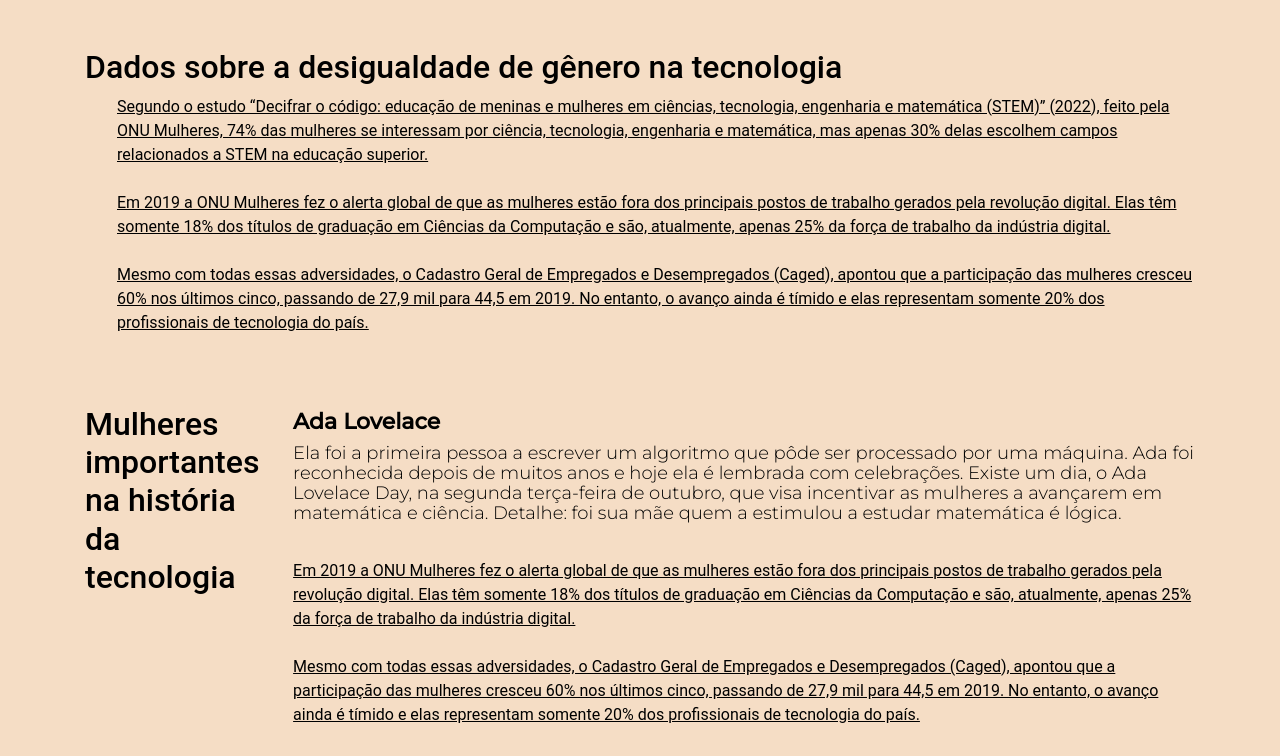
Repository: BellsBarbosa/ODS5_IGUALDADE_DE_GENERO
Page: index.html
The author's editor kept a copy of each file at every save. The page is drawn from the files as they stood at one save, then again after a run of saves.
The browser window is 1280 px wide. The pictures show the part of the page from y = 1260 to 2016 px (the page is 2952 px tall before and 3093 px after).
A picture or video elsewhere on the page could not be fetched, so the positions and the page height are approximate.

Above is the page before, as saved 2023-08-11 15:26:55.

### index.html
<!DOCTYPE html>
<html lang="en">

<head>
    <meta charset="UTF-8">
    <meta name="viewport" content="width=device-width, initial-scale=1.0">
    <meta name="author" content="Isabel Barbosa, Bootstrap contributors">
    <title>ODS 5 - Igualdade de Gênero</title>
    <link href="https://cdn.jsdelivr.net/npm/bootstrap@5.3.0-alpha3/dist/css/bootstrap.min.css" rel="stylesheet"
        integrity="sha384-KK94CHFLLe+nY2dmCWGMq91rCGa5gtU4mk92HdvYe+M/SXH301p5ILy+dN9+nJOZ" crossorigin="anonymous">
    <link rel="stylesheet" href="https://cdn.jsdelivr.net/npm/bootstrap-icons@1.10.5/font/bootstrap-icons.css">
    <link rel="preconnect" href="https://fonts.googleapis.com">
    <link rel="preconnect" href="https://fonts.gstatic.com" crossorigin>
    <link
        href="https://fonts.googleapis.com/css2?family=Caveat:wght@500;700&family=Kalam&family=Montserrat:ital,wght@0,300;0,400;0,500;1,400;1,500;1,600&display=swap"
        rel="stylesheet">
    <link rel="stylesheet" href="style.css">
    </script>


</head>

<body>

    <header class="header-menu">
        <nav>
            <img src="IMG/ODS5-1.jpg" alt="ODS5" width="100%" height="100%"></a>
            <ul class="lista-menu">
                <li><a href="#ods">ODS</a> </li>
                <li><a href="#dados">Dados</a></li>
                <li><a href="#destaques">Destaques</a></li>
                <li><a href="#cards">Soluções</a></li>
                <li><a href="#contato">Contatos</a></li>
            </ul>
        </nav>

    </header>


    <div class="container col-xxl-8 px-4 py-5">
        <div class="row flex-lg-row-reverse align-items-center g-5 py-5">
            <div class="col-10 col-sm-8 col-lg-6">
                <img src="IMG/4029136.jpg" class="d-block mx-lg-auto img-fluid" alt="Bootstrap Themes" loading="lazy">
            </div>
            <div class="col-lg-6">
                <h1 class="display-5 fw-bold text-body-emphasis lh-1 mb-3">ODS 5 - IGUALDADE DE GÊNERO</h1>
                <p class="lead">Aumentar o uso de tecnologias de base, em particular as tecnologias de informação
                    <br>e comunicação, para promover o empoderamento das mulheres.
                </p>
                <a href="https://brasil.un.org/pt-br/sdgs/5" class="botao" target="_blank">Saiba mais</a>
                <div class="d-grid gap-2 d-md-flex justify-content-md-start">

                </div>
            </div>
        </div>
    </div>



    <section class="container-fluid" id="ods">
        <div class="row">
            <div class="column">
                <h2 id="h2-margin">O Que são as ODS?</h2>
                <p>Os Objetivos de Desenvolvimento Sustentável são um apelo global à ação para acabar com a
                    pobreza,
                    proteger o meio ambiente e o clima e garantir que as pessoas, em todos os lugares, possam
                    desfrutar de paz e de prosperidade. Estes são os objetivos para os quais as Nações Unidas
                    estão
                    contribuindo a fim de que possamos atingir a Agenda 2030 no Brasil. O objetivo escolhido foi
                    a ODS 5.B: Aumentar o uso de tecnologias de base, em particular as
                    tecnologias de informação e comunicação, para promover o empoderamento das mulheres.
                </p>
                <img src="IMG/odssss-1-scaled.jpg" align-items="left" alt="Crédito da imagem: Estratégia Ods"
                    width="600" height="330">
                </h1>
            </div>

            <div class="column">
                <h2>ODS 5 - Igualdade de Gênero</h2>
                <p><i>Juliette Erath</i></p>
                <p>"A desigualdade de gênero é em grande parte responsável pela diferença no ambiente de
                    trabalho e
                    nas habilidades em relação a um padrão no setor de tecnologia. Para enfrentar essa
                    desigualdade
                    internacional e crescente, um esforço com empenho precisa ser feito para compreender a
                    origem
                    desse problema e solucioná-lo (...) No Brasil, em 2019, apenas 26% dos formados na área STEM
                    eram mulheres." é o que nos diz <a
                        href="https://www.ironhack.com/br/pt/blog/desigualdade-de-genero-na-tecnologia-vamos-discuti-la"
                        class="link" target="_blank">Juliette Erath em seu texto para IRONHACK.</a></p>
                <iframe width="560" height="315" src="https://www.youtube.com/embed/go-VJzRqacE"
                    title="YouTube video player" frameborder="0"
                    allow="accelerometer; autoplay; clipboard-write; encrypted-media; gyroscope; picture-in-picture; web-share"
                    allowfullscreen></iframe>
            </div>
        </div>

    </section>
    <section class="container-fluid" id="dados">
        <article class="container article-lista">
            <div class="dados">
                <h2>Dados sobre a desigualdade de gênero na tecnologia</h2>
                <ul>
                    <li> <a href="https://blog.google/intl/pt-br/novidades/por-dentro-do-google/mind-the-gap-2022-incentivando-meninas-a-ingressarem-em-carreiras-na-area-de-tecnologia/#:~:text=Segundo%20o%20estudo%20%E2%80%9CDecifrar%20o,a%20STEM%20na%20educa%C3%A7%C3%A3o%20superior."
                            class="link" target="_blank">Segundo o estudo “Decifrar o código: educação de
                            meninas e
                            mulheres em ciências, tecnologia, engenharia e matemática (STEM)” (2022), feito pela
                            ONU
                            Mulheres, 74% das mulheres se interessam por ciência, tecnologia, engenharia e
                            matemática,
                            mas apenas 30% delas escolhem campos relacionados a STEM na educação superior.</a>
                    </li> </br>
                    <a href="http://www.onumulheres.org.br/noticias/onu-mulheres-defende-investimentos-publicos-e-privados-em-igualdade-de-genero-para-aumentar-participacao-de-meninas-e-mulheres-em-ciencia-e-tecnologia/"
                        class="link" target="_blank">Em 2019 a ONU Mulheres fez o alerta global de que as
                        mulheres estão
                        fora dos principais postos de trabalho gerados pela revolução digital. Elas têm somente
                        18% dos
                        títulos de graduação em Ciências da Computação e são, atualmente, apenas 25% da força de
                        trabalho da indústria digital.</a></li> </br> </br>
                    <li> <a href="https://www.vittude.com/blog/mulheres-na-tecnologia-os-desafios-femininos-no-setor/"
                            class="link" target="_blank"> Mesmo com todas essas adversidades, o Cadastro Geral
                            de
                            Empregados e Desempregados (Caged), apontou que a participação das mulheres cresceu
                            60% nos
                            últimos cinco, passando de 27,9 mil para 44,5 em 2019. No entanto, o avanço ainda é
                            tímido e
                            elas representam somente 20% dos profissionais de tecnologia do país.</a> </li>
                    </br>
                </ul> <br>

            </div>
        </article>
    </section>
<section class="container-fluid" id="destaques">
    <article class="container article-lista">
        <div class="destaques">
            <h2>Mulheres importantes na história da tecnologia</h2>
            <ul>
                <li> <p class="lista-titulo">Ada Lovelace</p>
                    <p class="lista-descricao">
                    Ela foi a primeira pessoa a escrever um algoritmo que pôde ser processado por
                    uma máquina.
                    Ada foi reconhecida depois de muitos anos e hoje ela é lembrada com celebrações.
                    Existe um
                    dia, o Ada Lovelace Day, na segunda terça-feira de outubro, que visa incentivar
                    as mulheres
                    a avançarem em matemática e ciência. Detalhe: foi sua mãe quem a estimulou a
                    estudar
                    matemática é lógica.</br>
                    </br>
                </p></li>
                <a href="http://www.onumulheres.org.br/noticias/onu-mulheres-defende-investimentos-publicos-e-privados-em-igualdade-de-genero-para-aumentar-participacao-de-meninas-e-mulheres-em-ciencia-e-tecnologia/"
                    class="link" target="_blank">Em 2019 a ONU Mulheres fez o alerta global de que as
                    mulheres estão
                    fora dos principais postos de trabalho gerados pela revolução digital. Elas têm somente
                    18% dos
                    títulos de graduação em Ciências da Computação e são, atualmente, apenas 25% da força de
                    trabalho da indústria digital.</a></li> </br> </br>
                <li> <a href="https://www.vittude.com/blog/mulheres-na-tecnologia-os-desafios-femininos-no-setor/"
                        class="link" target="_blank"> Mesmo com todas essas adversidades, o Cadastro Geral
                        de
                        Empregados e Desempregados (Caged), apontou que a participação das mulheres cresceu
                        60% nos
                        últimos cinco, passando de 27,9 mil para 44,5 em 2019. No entanto, o avanço ainda é
                        tímido e
                        elas representam somente 20% dos profissionais de tecnologia do país.</a> </li>
                </br>
            </ul> <br>

        </div>
    </article>
</section>


    <section class="container-fluid" id="cards">
        <div class="row row-cols-1 row-cols-md-3 g-4">
            <div class="col">
                <div class="card">
                    <img src="IMG/criança.jpg" class="card-img-top" alt="...">
                    <div class="card-body">
                        <h5 class="card-title text-center">Introduza meninas ao mundo da tecnologia</h5>
                        <p class="card-text justify-content-evenly">Apresentar as meninas ao mundo da tecnologia expande
                            as chances delas desenvolverem suas habilidades e criatividade,
                            proporcionando a elas a chance de inventar, criar e aprender sobre a área.</p>
                    </div>
                </div>
            </div>
            <div class="col">
                <div class="card">
                    <img src="IMG/mulher_liderança.jpg" class="card-img-top" alt="...">
                    <div class="card-body">
                        <h5 class="card-title text-center">Comemore as mulheres na liderança</h5>
                        <p class="card-text justify-content-evenly">Divulgar a jornadas de mulheres que impactaram na
                            tecnologia, e celebrar o trabalho dessas vitoriosas, irá inspirar
                            nossas meninas e mulheres a iniciar suas próprias carreiras na área tecnológica..</p>
                    </div>
                </div>
            </div>
            <div class="col">
                <div class="card">
                    <img src="IMG/parcerias.jpg" class="card-img-top" alt="...">
                    <div class="card-body">
                        <h5 class="card-title text-center">Estabeleça parcerias e oportunidades</h5>
                        <p class="card-text justify-content-evenly">Realizar parcerias com entidades que utilizam a
                            tecnologia como instrumento para diminuir a desigualdade de gênero irá
                            expandir o alcance desses projetos, aumentando assim a inserção de mulheres na
                            tecnologia.</p>
                    </div>
                </div>
            </div>

        </div>
    </section> <br>


    <footer class="rodape" id="contato">
        <div class="container">
            <div class="row">
                <div class="column">
                    <ul class="lista-rodape">
                        <li> <i class="bi bi-envelope"></i><a href="barbosa.isabelcristina@gmail.com" target="_blank"
                                class="link-icone">
                                barbosa.isabelcristina@gmail.com</a></li>
                        <li><i class="bi bi-linkedin"></i><a href="https://www.linkedin.com/in/isabel-barbosa-aa080456/"
                                target="_blank" class="link-icone"> Isabel Barbosa</a></li>
                        <li><i class="bi bi-github"></i><a href="https://github.com/BellsBarbosa" target="_blank"
                                class="link-icone">
                                BellsBarbosa</a></li>
                        <li><i class="bi bi-arrow-up-square-fill"></i><a href="#top" class="link-icone"> Topo da
                                página</a></li>

                    </ul>
                </div>
                <div class="column">
                    <ul class="lista-rodape">
                        <li>Créditos:</li>
                        <li>Imagem ODS:<a href="https://estrategiaods.org.br/" target="_blank" class="link-icone">
                                Estratégia ODS</a></li>
                        </li>
                        <li>Hero Image:<a
                                href="https://br.freepik.com/vetores-gratis/conceito-de-igualdade-de-genero_8925920.htm#query=igualdade%20de%20genero&position=0&from_view=search&track=ais">Imagem
                                de pikisuperstar</a> no Freepik</li>
                        </li>
                        <li> Video: <a href="https://www.youtube.com/watch?v=go-VJzRqacE&ab_channel=CentroCulturalLight"
                                target="_blank" class="link-icone">
                                Centro Cultural Light</a></li>
                        </li>
                        <li> Card 1: <a
                                href="https://br.freepik.com/fotos-gratis/garotinha-afro-americana-feliz-durante-videochamada-com-laptop_20052825.htm#query=meninas%20na%20tecnologia&position=14&from_view=search&track=ais">Imagem
                                de master1305</a> no Freepik
                        </li>
                        <li> Card 2: <a
                                href="https://br.freepik.com/fotos-gratis/mulher-afro-americana-confiante-com-documentos-em-papel_6882196.htm#query=mulheres%20na%20lideran%C3%A7a&position=19&from_view=search&track=ais">Imagem
                                de pch.vector</a> no Freepik
                        </li>
                        <li> Card 3: <a
                                href="https://br.freepik.com/fotos-gratis/mulheres-de-negocios-felizes-apoiando-uns-aos-outros-e-de-maos-dadas-em-um-cafe_26402023.htm#query=mulheres%20na%20lideran%C3%A7a&position=17&from_view=search&track=ais">Imagem
                                de Drazen Zigic</a> no Freepik
                        </li>
                    </ul>
                </div>
            </div>


        </div>
    </footer>

### style.css
 @import url('https://fonts.googleapis.com/css2?family=Caveat:wght@500;700&family=Kalam&family=Montserrat:ital,wght@0,300;0,400;0,500;1,400;1,500;1,600&display=swap');

 * {

   margin: 0;

   padding: 0;

   outline: 0;
 }

 body {

   font-family: 'Roboto', sans-serif;
   margin: 0;
   background-color: #f5ddc5;
   display: flex;
   min-height: 100vh;
   flex-direction: column;
   margin-top: 0%;
   position: relative;
   width: 100%;
   margin: 0 auto;
   padding: 0;

 }

 p {
   font-size: 1.2em;
   font-family: 'Montserrat', sans-serif;
   color: #000000;

 }

 a {
   color: rgb(0, 0, 0);
 }

 .h2 {
   color: #0b0b0b
 }

 li {

   list-style: none;
 }

 .header-menu {

   display: flex;
   position: fixed;
   width: 100%;
   padding: 8px;
   padding-bottom: 32px;
   padding-top: 32px;
   height: 30px;
   background-color: #6e999c;
 }

 .header-menu nav {
   display: flex;
   justify-content: flex-end;
   width: 100%;
 }

 .lista-menu {
   display: flex;
   justify-content: space-evenly;
   width: 50%;
   align-items: center;
 }

 .lista-menu li>a {
   color: #FFF;
   font-size: 18px;
   text-decoration: inherit;
 }

 .lista-titulo {
   font-weight: 600;
 }

 .lista-titulo {
   margin-bottom: 5px;
   font-size: 22px;
   color: #000000;
   font-weight: 700;
 }

 .lista-local {
   font-size: 18px;
   color: #000000;

 }

 .lista-descricao {
   font-size: 18px;
   margin-top: 5px;
   line-height: 20px;
   color: #000000;
   font-weight: 300;
 }

 .botao {
   border-radius: 8px;
   border: 1px solid #9fadaa;
   color: #9fadaa;
   font-size: 1.2em;
   line-height: 25px;
   text-align: center;
   text-decoration: none;
   text-transform: uppercase;
   padding: 10px 20px 10px 20px;
   position: relative;
   width: 200px;
 }

 .botao a {
   padding-left: 20%;
 }

 .botao a:hover {
   color: #000000;
   font-size: 1.2em;
 }


 .column {
   float: left;
   width: 50%;
   padding: 3%;
   color: #000000;
   text-align: justify;
 }

 /* Clear floats after the columns */
 .row:after {
   content: "";
   display: table;
   clear: both;
 }

 .ods {
   padding-bottom: 3%;
 }

 .dados {
   padding: 3px;
   align-content: center;
   color: #000000
 }

 .destaques {
   padding: 3px;
   align-content: center;
   color: #000000;
   padding-bottom: 3%;
   display: flex;
 }

 .cards {

   padding: 3px;
   align-content: center;
   color: #000000;
   padding-bottom: 3%;
 }

 .rodape {
   height: 300px;
   display: flex;
   align-items: center;
   background-color: #6e999c;

 }

 .lista-rodape {
   color: #000000;
   font-weight: 700;
   font-size: 20px;
   margin-bottom: 16px;
   display: flex;
   align-items: flex-start;
   flex-direction: column;

 }

 .estilo-icone {
   font-size: 32px;
   margin-right: 10px;
 }

After the next 2 saves:
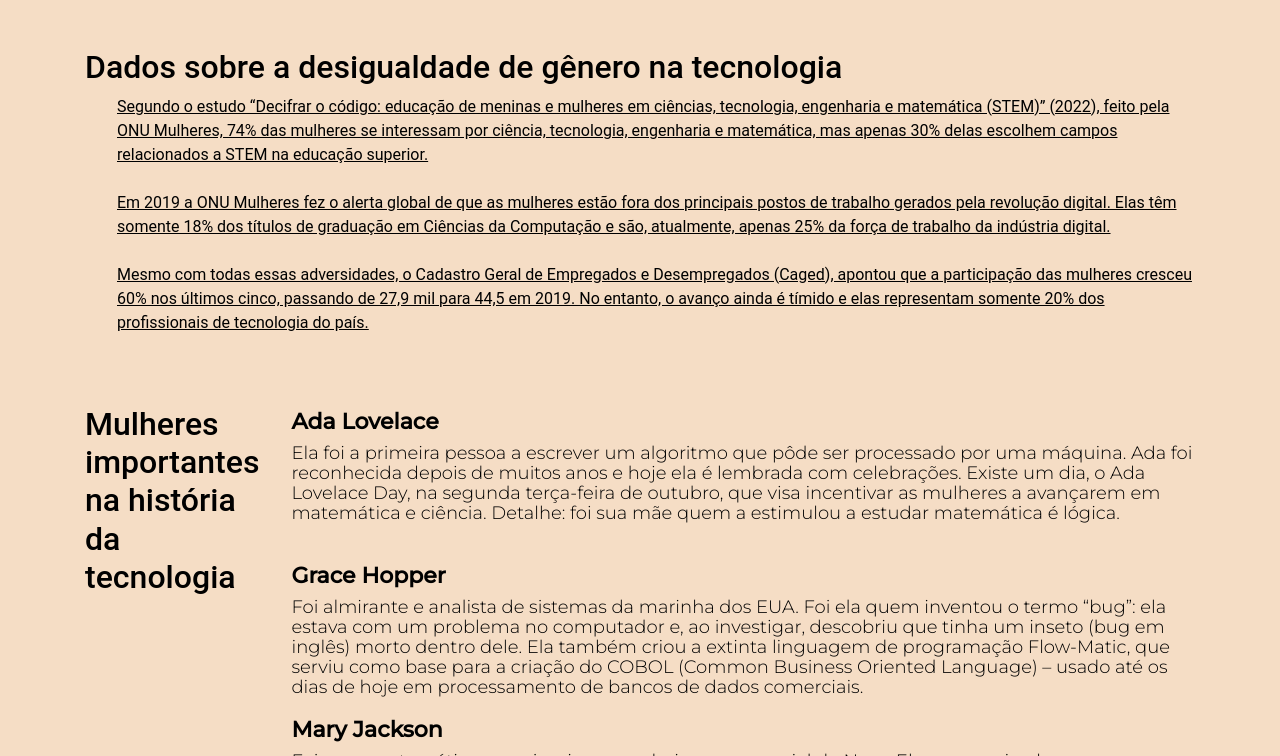
The 2 saves are shown as one change because they came seconds apart.
The last was saved 63 s later.
--- a/index.html
+++ b/index.html
@@ -131,45 +131,66 @@
             </div>
         </article>
     </section>
-<section class="container-fluid" id="destaques">
-    <article class="container article-lista">
-        <div class="destaques">
-            <h2>Mulheres importantes na história da tecnologia</h2>
-            <ul>
-                <li> <p class="lista-titulo">Ada Lovelace</p>
-                    <p class="lista-descricao">
-                    Ela foi a primeira pessoa a escrever um algoritmo que pôde ser processado por
-                    uma máquina.
-                    Ada foi reconhecida depois de muitos anos e hoje ela é lembrada com celebrações.
-                    Existe um
-                    dia, o Ada Lovelace Day, na segunda terça-feira de outubro, que visa incentivar
-                    as mulheres
-                    a avançarem em matemática e ciência. Detalhe: foi sua mãe quem a estimulou a
-                    estudar
-                    matemática é lógica.</br>
-                    </br>
-                </p></li>
-                <a href="http://www.onumulheres.org.br/noticias/onu-mulheres-defende-investimentos-publicos-e-privados-em-igualdade-de-genero-para-aumentar-participacao-de-meninas-e-mulheres-em-ciencia-e-tecnologia/"
-                    class="link" target="_blank">Em 2019 a ONU Mulheres fez o alerta global de que as
-                    mulheres estão
-                    fora dos principais postos de trabalho gerados pela revolução digital. Elas têm somente
-                    18% dos
-                    títulos de graduação em Ciências da Computação e são, atualmente, apenas 25% da força de
-                    trabalho da indústria digital.</a></li> </br> </br>
-                <li> <a href="https://www.vittude.com/blog/mulheres-na-tecnologia-os-desafios-femininos-no-setor/"
-                        class="link" target="_blank"> Mesmo com todas essas adversidades, o Cadastro Geral
-                        de
-                        Empregados e Desempregados (Caged), apontou que a participação das mulheres cresceu
-                        60% nos
-                        últimos cinco, passando de 27,9 mil para 44,5 em 2019. No entanto, o avanço ainda é
-                        tímido e
-                        elas representam somente 20% dos profissionais de tecnologia do país.</a> </li>
-                </br>
-            </ul> <br>
-
-        </div>
-    </article>
-</section>
+    <section class="container-fluid" id="destaques">
+        <article class="container article-lista">
+            <div class="destaques">
+                <h2>Mulheres importantes na história da tecnologia</h2>
+                <ul>
+                    <li>
+                        <p class="lista-titulo">Ada Lovelace</p>
+                        <p class="lista-descricao">
+                            Ela foi a primeira pessoa a escrever um algoritmo que pôde ser processado por
+                            uma máquina.
+                            Ada foi reconhecida depois de muitos anos e hoje ela é lembrada com celebrações.
+                            Existe um
+                            dia, o Ada Lovelace Day, na segunda terça-feira de outubro, que visa incentivar
+                            as mulheres
+                            a avançarem em matemática e ciência. Detalhe: foi sua mãe quem a estimulou a
+                            estudar
+                            matemática é lógica.</br>
+                            </br>
+                        </p>
+                    </li>
+                    <li>
+                        <p class="lista-titulo">Grace Hopper</p>
+
+                        <p class="lista-descricao">
+                            Foi almirante e analista de sistemas da marinha dos EUA. Foi ela quem inventou o
+                            termo
+                            “bug”: ela estava com um problema no computador e, ao investigar, descobriu que
+                            tinha um
+                            inseto (bug em inglês) morto dentro dele. Ela também criou a extinta linguagem
+                            de
+                            programação Flow-Matic, que serviu como base para a criação do COBOL (Common
+                            Business
+                            Oriented Language) – usado até os dias de hoje em processamento de bancos de
+                            dados
+                            comerciais. </br>
+
+                        </p>
+                    </li>
+                    <li>
+                        <p class="lista-titulo">Mary Jackson</p>
+
+                        <p class="lista-descricao">
+                            Foi uma matemática e a primeira engenheira aeroespacial da Nasa. Ela conseguiu
+                            alavancar sua
+                            carreira mudando seu status de matemática para engenheira. Criou grupos de
+                            mentoria para
+                            mostrar o que pessoas de grupos de minoria precisavam fazer para também
+                            conseguirem essa
+                            promoção. </br>
+
+                        </p>
+                    </li>
+                    <p class="fonte">FONTE: <a target="_blanck"
+                            href="http://www.onumulheres.org.br/noticias/onu-mulheres-defende-investimentos-publicos-e-privados-em-igualdade-de-genero-para-aumentar-participacao-de-meninas-e-mulheres-em-ciencia-e-tecnologia/">Mulheres
+                            em tecnologia: e se fôssemos 50%?</a></p>
+
+            </div>
+
+        </article>
+    </section>
 
 
     <section class="container-fluid" id="cards">
